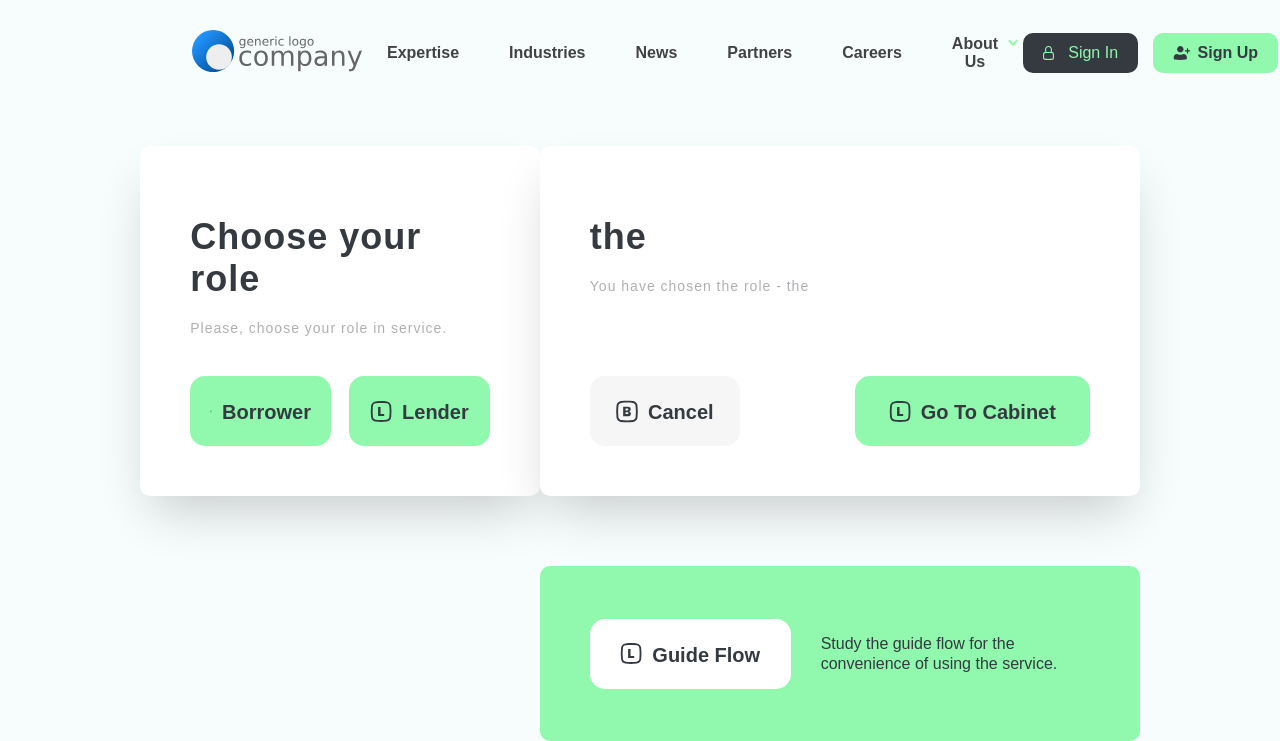
Repository: Andriy-Ma/widgetTask
Page: /
An editor plug-in stored every save of this project. The page is shown before and after the next save, followed by the edit.
The browser window is 1280 px wide. The pictures show the whole page.
Some web fonts or font styles are not loaded; a fallback is used. The project was rebuilt for these pictures with package versions that can differ from the ones it lists, and the page was loaded fresh each time.

Above is the page before, as saved 2022-08-29 22:28:01.

After the next save:
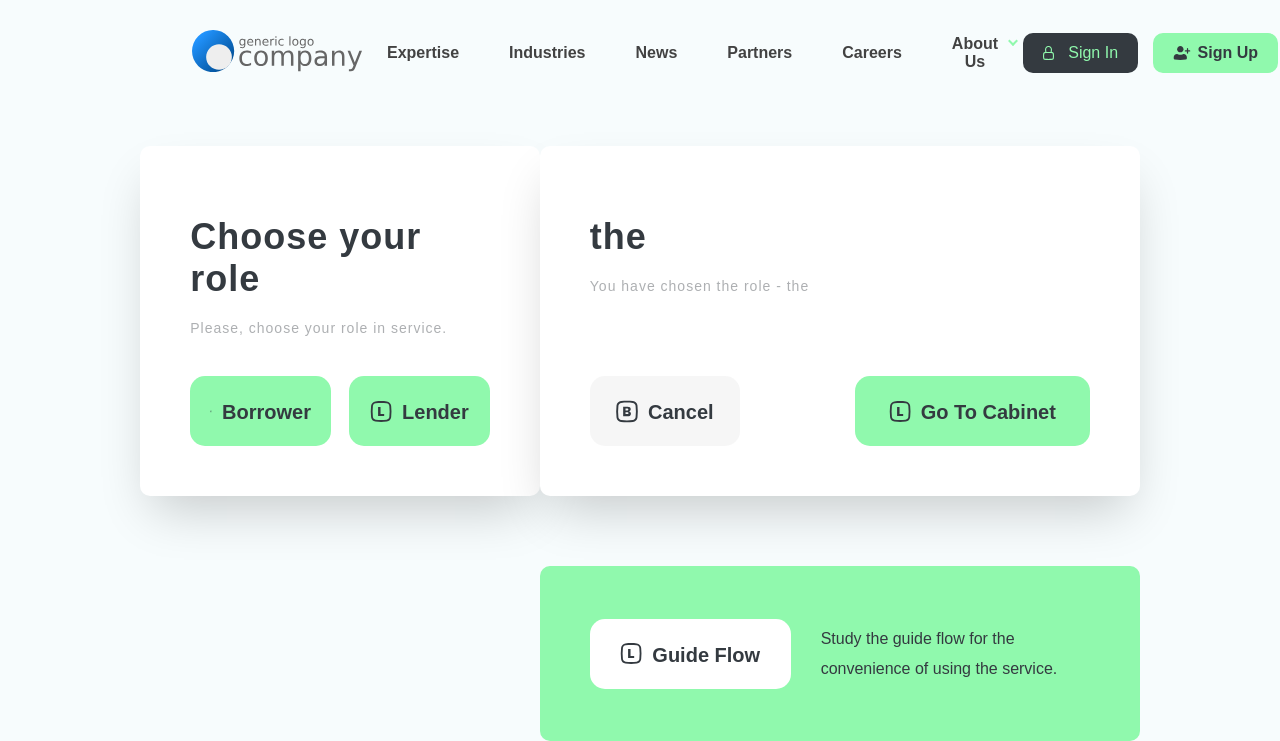
Saved 4 s later.
--- a/src/components/Main/ChooseForm/chooseForm.module.css
+++ b/src/components/Main/ChooseForm/chooseForm.module.css
@@ -103,5 +103,5 @@
     font-size: 16px;
     font-weight: 500;
     color: #343A40;
-    line-height: 20px;
+    line-height: 30px;
 }
